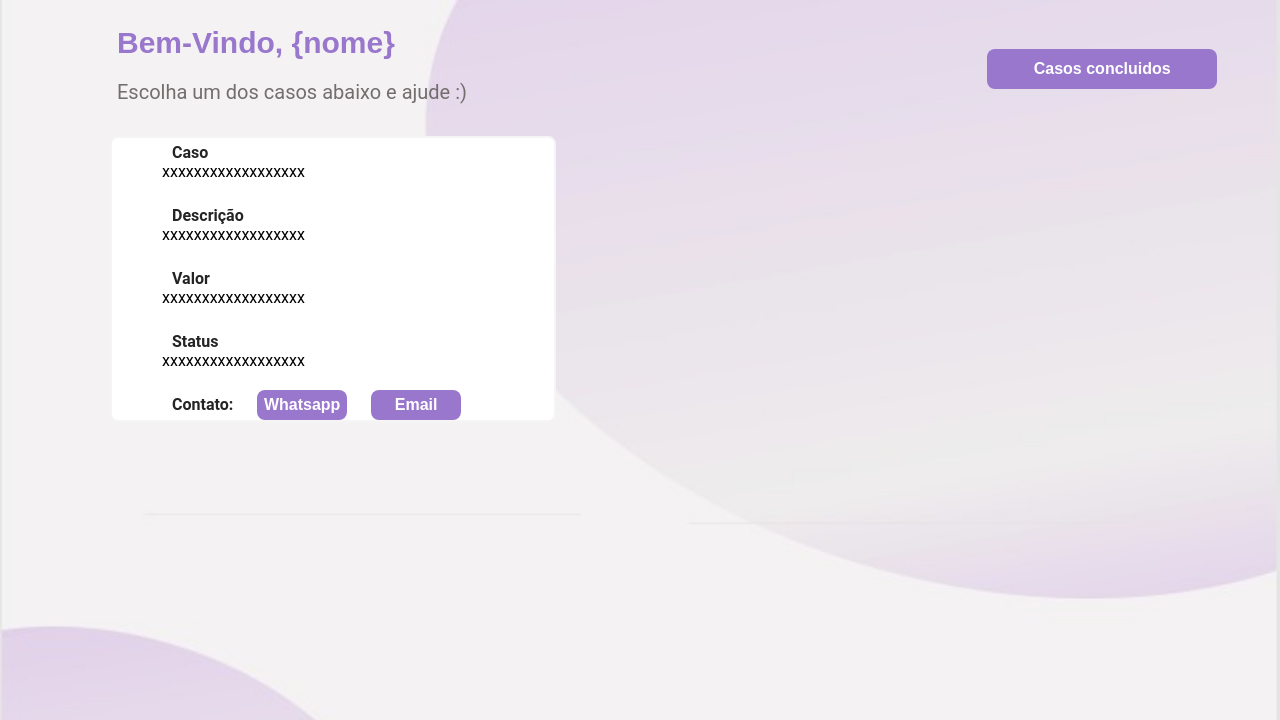
Repository: Dirlandia404/Casos
Page: src/pages/casos.html
These files come from the project's save history. The page is drawn as it stood at one moment and after the next save; the edit follows.
The browser window is 1280 px wide. The pictures show the whole page.

Above is the page before, as saved 2021-07-16 22:09:28.

### src/pages/casos.html
<!DOCTYPE html>
<html lang="en">
<head>
    <meta charset="UTF-8">
    <meta http-equiv="X-UA-Compatible" content="IE=edge">
    <meta name="viewport" content="width=device-width, initial-scale=1.0">
    <title>Casos</title>

    <link rel="stylesheet" href="/src/style/casos.css">
    <link rel="stylesheet" href="/src/style/midia.css">
</head>
<body>
    <h6>Bem-Vindo, {nome}</h6>
    <header>

        <p>Escolha um dos casos abaixo e ajude :)</p>
        <a href="/src/pages/casosConcluidos.html">
            <button>Casos concluidos</button>
        </a>

    </header>

       <div id="box-casos">
           <ul>
               <li>
                   <div class="dados">
                       <strong>Caso </strong>
                       <h7>xxxxxxxxxxxxxxxxxx</h7>
                       <strong>Descrição</strong>
                       <h7>xxxxxxxxxxxxxxxxxx</h7>
                       <strong>Valor</strong>
                       <h7>xxxxxxxxxxxxxxxxxx</h7>
                       <strong>Status</strong>
                       <h7>xxxxxxxxxxxxxxxxxx</h7>
                       <div id="fieldset">
                           <strong>Contato:</strong>
                           <button>Whatsapp</button>
                           <button>Email</button>
                       </div>

                   </div>

               </li>


           </ul>

       </div>

</body>
</html>

### src/style/casos.css
h6{
    margin-top: 2%;
    margin-left: 117px;
    margin-bottom: 20px;
    font-size: 30px;
    color: #9877CD;
}

header{
    display: flex;
    justify-content: space-between;
}

header p{
    margin-left: 117px;

    font-size: 20px;
    color: #726e6e;
}
header a{
    font-size: 500%;
    margin-top: -80px;
    margin-right: 1%;
}
header button{
    width: 230px;
    height: 40px;
    background-color: #9877CD;
    border-radius: 8px;
    color: white;
    font-weight: bold;
    font-size: 16px;
    border: 0;
    margin-left: 160px;
    margin-right: 50px;
    transition: 400ms;
}


#box-casos{
    width: 100%;
    padding: 0 30px;
    margin: 32px auto;
}

#box-casos .dados{
    display: flex;
    flex-direction: column;
    width: 70%;
}
#box-casos ul{
    margin-left: 80px;
    display: grid;
    grid-template-columns: 1fr 1fr;
    grid-gap: 24px;
    list-style: none;
}


#box-casos ul li{
    background-color: white;
    border: 2px solid  #f5f5f5;
    border-radius: 8px;
    height: 100%;
    width: 80%;
    font-size: 16px;
}

#box-casos ul li strong{
    margin-top: 5px;
    font-size: 15px;
    margin-left: 10px;
}

#box-casos ul li strong{
    color: #242424;
    font-size: 16px;
    font-style: bold;
}

h7{
    margin-bottom: 20px;
}

.dados{

    margin-left: 50px;

    display: flex;
    justify-content: space-between;
}

#fieldset button{
    width: 90px;
    height: 30px;
    background-color: #9877CD;
    border-radius: 8px;
    color: white;
    font-weight: bold;
    font-size: 16px;
    border: 0;
    margin-left: 20px;


}

### src/style/midia.css
@media(max-width: 900px){
    #page-home{
        background-position-x: 70vw;
    }
    #page-home .content{
        align-items: center;
        text-align: center;

    }

    #page-home main{
        align-items: center;
    }

}
@media(min-width:1700px){
    #page-home, #page-login{
        background-position-x: 40vw;
    }

}
@media(max-height:760px){
    #page-home, #page-login{
        background-position-y: 200px;
    }
}

*{
    margin: 0;
    padding: 0;
    box-sizing: border-box;
}
html{
    font-family: 'Roboto', sans-serif;

}
body{
    background: #E5E5E5;
    -webkit-font-smoothing: antialiased;
    background-image: url("/public/fundo.jpeg");

    background-repeat: no-repeat;
    background-size:cover;

}

a{
    text-decoration: none;

}
a:hover{
    text-decoration: underline;
}
h1, h2, h3,h4, h5, h6{
    font-family: sans-serif;
}

After the next save:
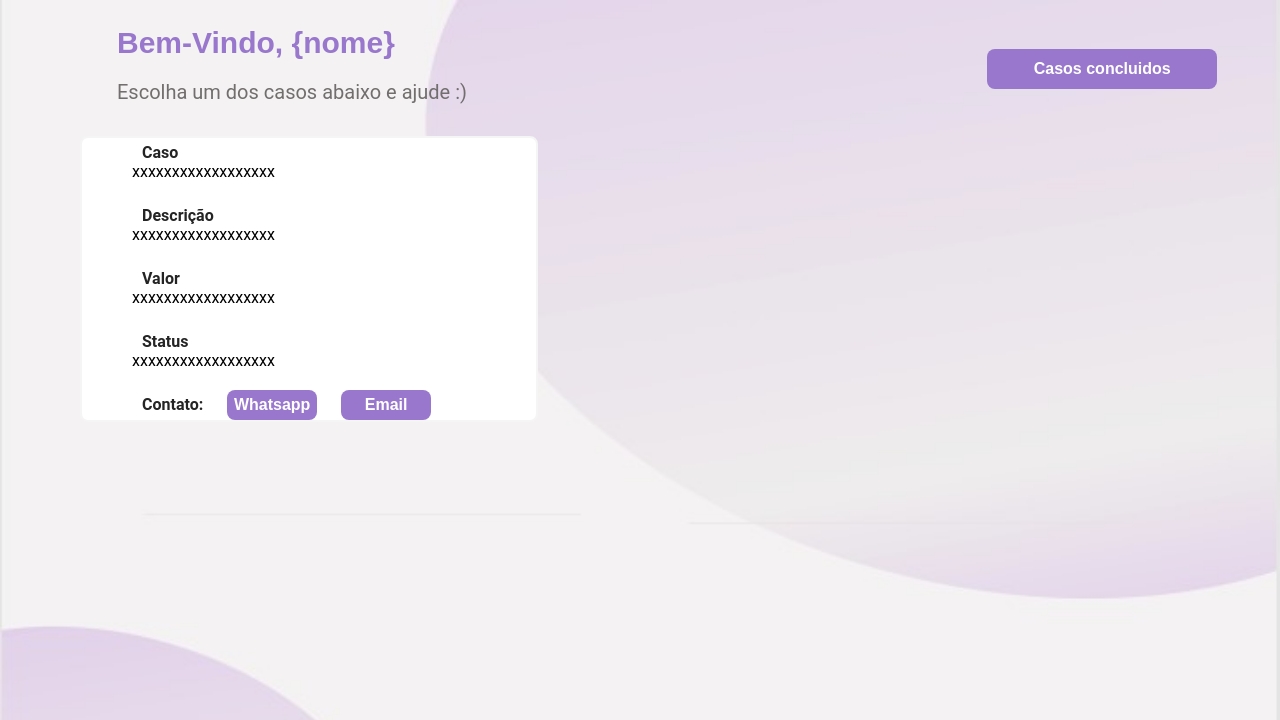
Saved 24 s later.
--- a/src/style/casos.css
+++ b/src/style/casos.css
@@ -49,7 +49,7 @@
     width: 70%;
 }
 #box-casos ul{
-    margin-left: 80px;
+    margin-left: 50px;
     display: grid;
     grid-template-columns: 1fr 1fr;
     grid-gap: 24px;

After the save that followed:
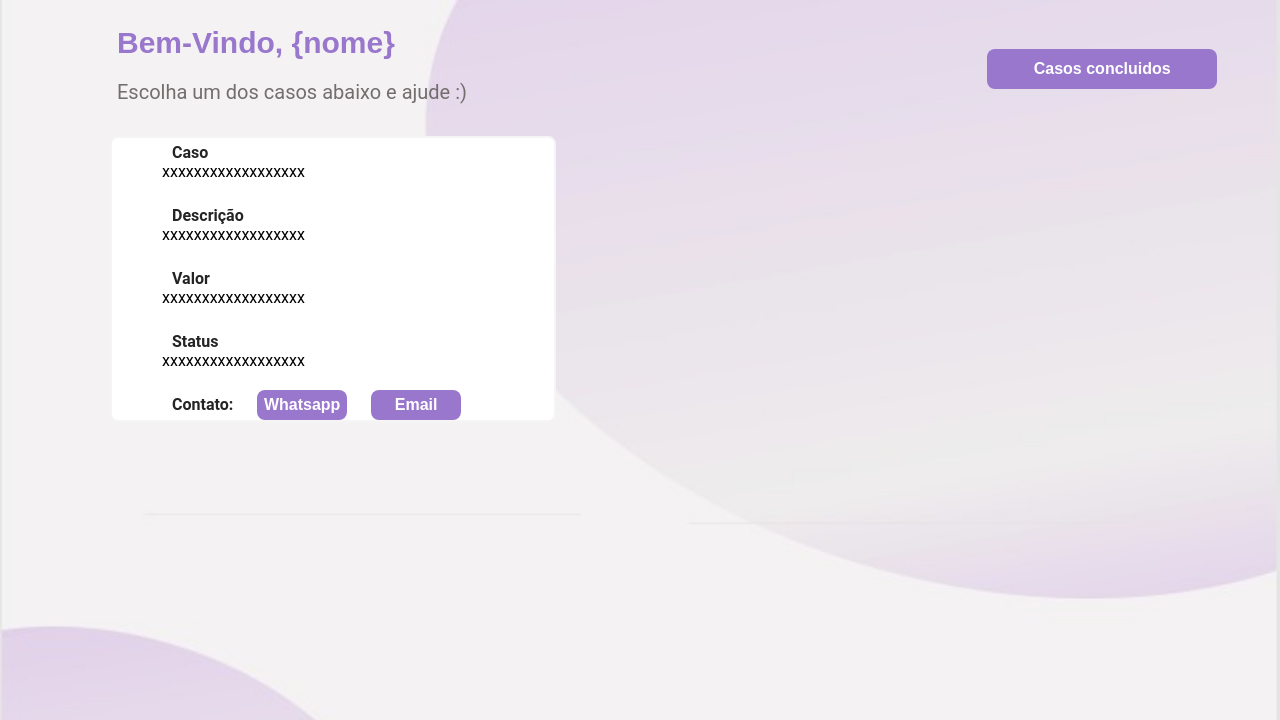
Saved 5 s later.
--- a/src/style/casos.css
+++ b/src/style/casos.css
@@ -49,7 +49,7 @@
     width: 70%;
 }
 #box-casos ul{
-    margin-left: 50px;
+    margin-left: 80px;
     display: grid;
     grid-template-columns: 1fr 1fr;
     grid-gap: 24px;
